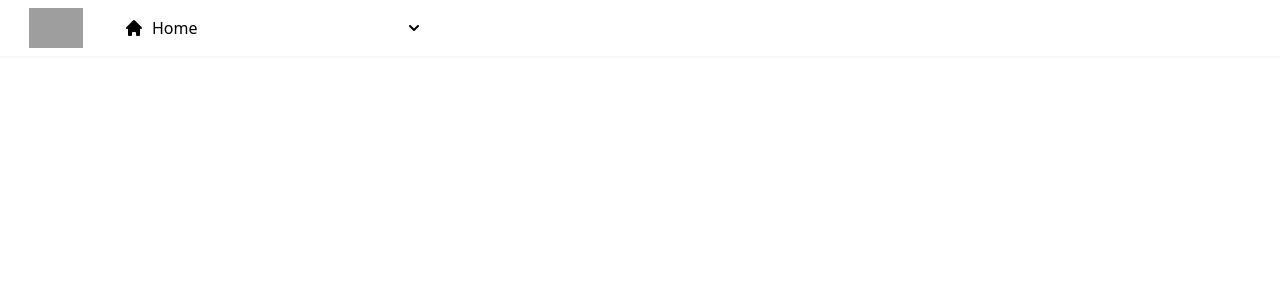
Repository: Scripter-Automation/reditclone
Page: /
These files come from the project's save history. The page is drawn as it stood at one moment and after the next save; the edit follows.
The browser window is 1280 px wide. The pictures show the whole page.
Pictures or frames that could not be fetched are drawn as grey boxes. The project was rebuilt for these pictures with package versions that can differ from the ones it lists, and the page was loaded fresh each time. A package was used in the major version that the imports need, not the one package.json lists. The framework's server and built-in components were replaced by stand-ins that run in the browser. Also part of the build but not shown: next.config.js.

Above is the page before, as saved 2022-05-19 03:01:26.

### pages/index.tsx
import type { NextPage } from 'next'
import Head from 'next/head'
import Image from 'next/image'
import Header from '../components/Header'

const Home: NextPage = () => {
  return (
    <div className="">
      <Head>
        <title>Reddit 2.0  clone</title>
        <link rel="icon" href="/favicon.ico" />
      </Head>

    <Header></Header>


    </div>
    )
}

export default Home

### components/Header.tsx
import Image from 'next/image'
import React from 'react'
import { BeakerIcon, ChevronDownIcon, HomeIcon } from "@heroicons/react/solid"
import { StarIcon } from "@heroicons/react/outline"
export default function Header() {
  return (
    <div className='sticky top-0 z-50 flex bg-white px-4 py-2 shadow-sm'>
        <div className='relative h-10 w-20 flex-shrink-0'>
            <Image objectFit='contain' src="https://links.papareact.com/fqy" layout='fill'></Image>
        </div>
        <div className='flex items-center mx-7 xl:min-w-[300px]'>
            <HomeIcon className='h-5 w-5'></HomeIcon>
            <p className='flex-1 ml-2 hidden lg:inline'>Home</p>
            <ChevronDownIcon className='h-5 w-5'></ChevronDownIcon>
        </div>
    </div>
  )
}

Loaded but not shown: pages/_app.tsx (common file); styles/globals.css (common file); tailwind.config.js (common file)

After the next save:
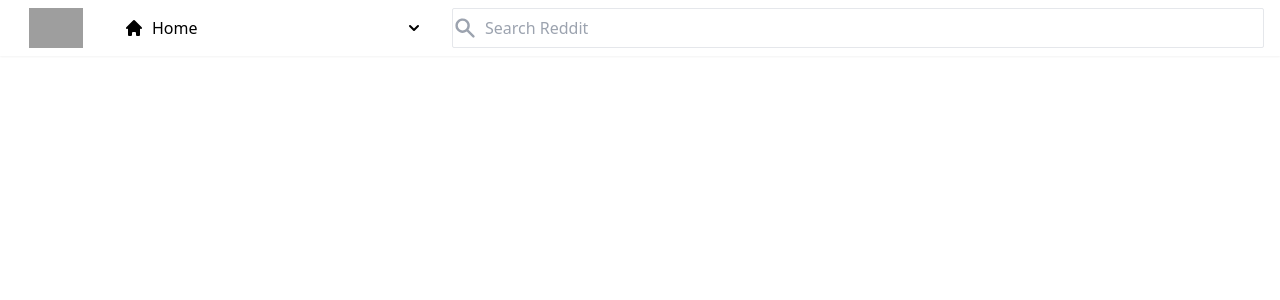
Saved 2 min 57 s later.
--- a/components/Header.tsx
+++ b/components/Header.tsx
@@ -1,6 +1,6 @@
 import Image from 'next/image'
 import React from 'react'
-import { BeakerIcon, ChevronDownIcon, HomeIcon } from "@heroicons/react/solid"
+import { BeakerIcon, ChevronDownIcon, HomeIcon, SearchIcon } from "@heroicons/react/solid"
 import { StarIcon } from "@heroicons/react/outline"
 export default function Header() {
   return (
@@ -13,6 +13,11 @@
             <p className='flex-1 ml-2 hidden lg:inline'>Home</p>
             <ChevronDownIcon className='h-5 w-5'></ChevronDownIcon>
         </div>
+        <form className='flex flex-1 items-center space-x-2 border border-gray-200 rounded-sm'>
+            <SearchIcon className='h-6 w-6 text-gray-400'/>
+            <input type="text" placeholder="Search Reddit"></input>
+            <button type="submit" hidden></button>
+        </form>
     </div>
   )
 }
